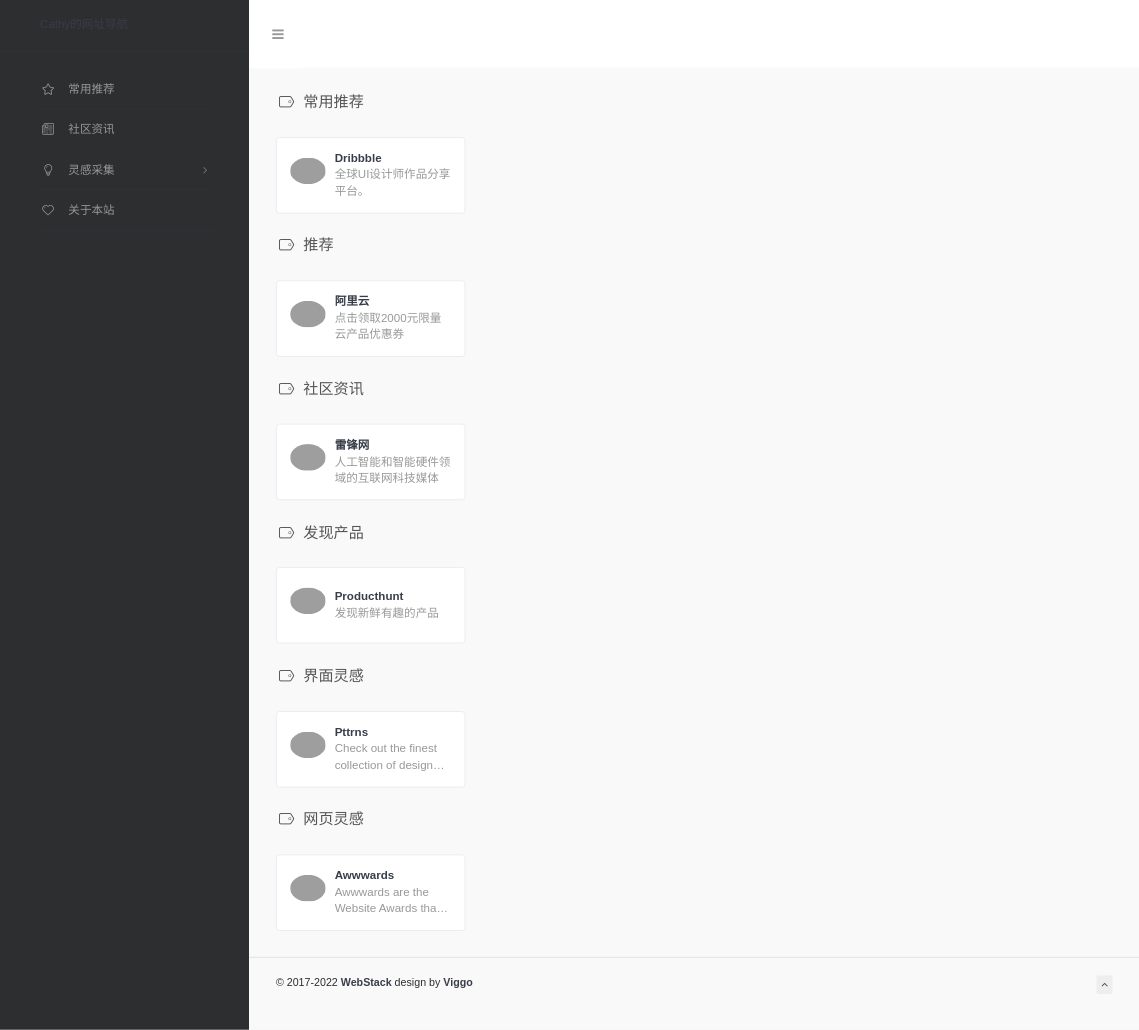
Repository: SweetPomelo0/AINav
Page: cn/index.html
These files come from the project's save history. The page is drawn as it stood at one moment and after the next save; the edit follows.
The browser window is 1280 px wide. The pictures show the whole page, at 89% of full size.
Pictures or frames that could not be fetched are drawn as grey boxes.

Above is the page before, as saved 2025-07-24 21:52:04.

After the next save:
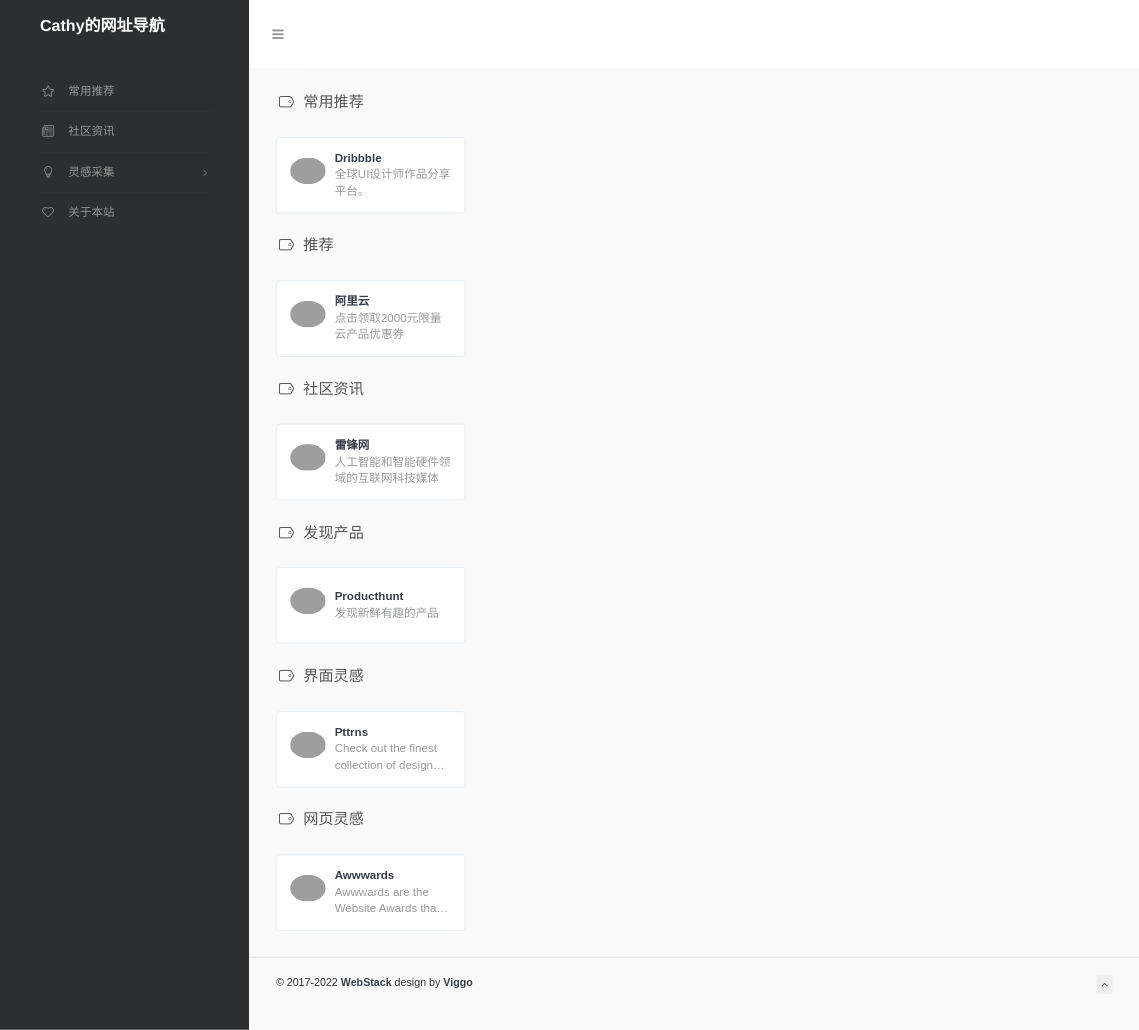
Saved 17 s later.
--- a/cn/index.html
+++ b/cn/index.html
@@ -26,6 +26,59 @@
     <link rel="stylesheet" href="../assets/css/xenon-components.css" />
     <link rel="stylesheet" href="../assets/css/xenon-skins.css" />
     <link rel="stylesheet" href="../assets/css/nav.css" />
+    <style>
+      /* 自定义logo文字样式 */
+      .logo-text {
+        text-decoration: none !important;
+        display: block;
+      }
+
+      .logo-title {
+        color: #ffffff;
+        font-size: 18px;
+        font-weight: bold;
+        font-family: 'Microsoft YaHei', 'PingFang SC', 'Helvetica Neue', Arial, sans-serif;
+        text-decoration: none;
+        display: inline-block;
+        line-height: 1.2;
+        transition: color 0.3s ease;
+      }
+
+      .logo-title-collapsed {
+        color: #ffffff;
+        font-size: 24px;
+        font-weight: bold;
+        font-family: 'Microsoft YaHei', 'PingFang SC', 'Helvetica Neue', Arial, sans-serif;
+        text-decoration: none;
+        display: inline-block;
+        line-height: 1;
+        text-align: center;
+        width: 40px;
+        height: 40px;
+        line-height: 40px;
+        background: linear-gradient(135deg, #667eea 0%, #764ba2 100%);
+        border-radius: 8px;
+        transition: all 0.3s ease;
+        box-shadow: 0 2px 8px rgba(0,0,0,0.1);
+      }
+
+      .logo-text:hover .logo-title {
+        color: #64b5f6;
+        text-shadow: 0 0 10px rgba(100, 181, 246, 0.3);
+      }
+
+      .logo-text:hover .logo-title-collapsed {
+        background: linear-gradient(135deg, #64b5f6 0%, #42a5f5 100%);
+        transform: scale(1.05);
+        box-shadow: 0 4px 15px rgba(100, 181, 246, 0.3);
+      }
+
+      /* 确保logo容器样式 */
+      .sidebar-menu .logo-env .logo {
+        float: left;
+        width: auto;
+      }
+    </style>
     <script src="../assets/js/jquery-1.11.1.min.js"></script>
   </head>
 
